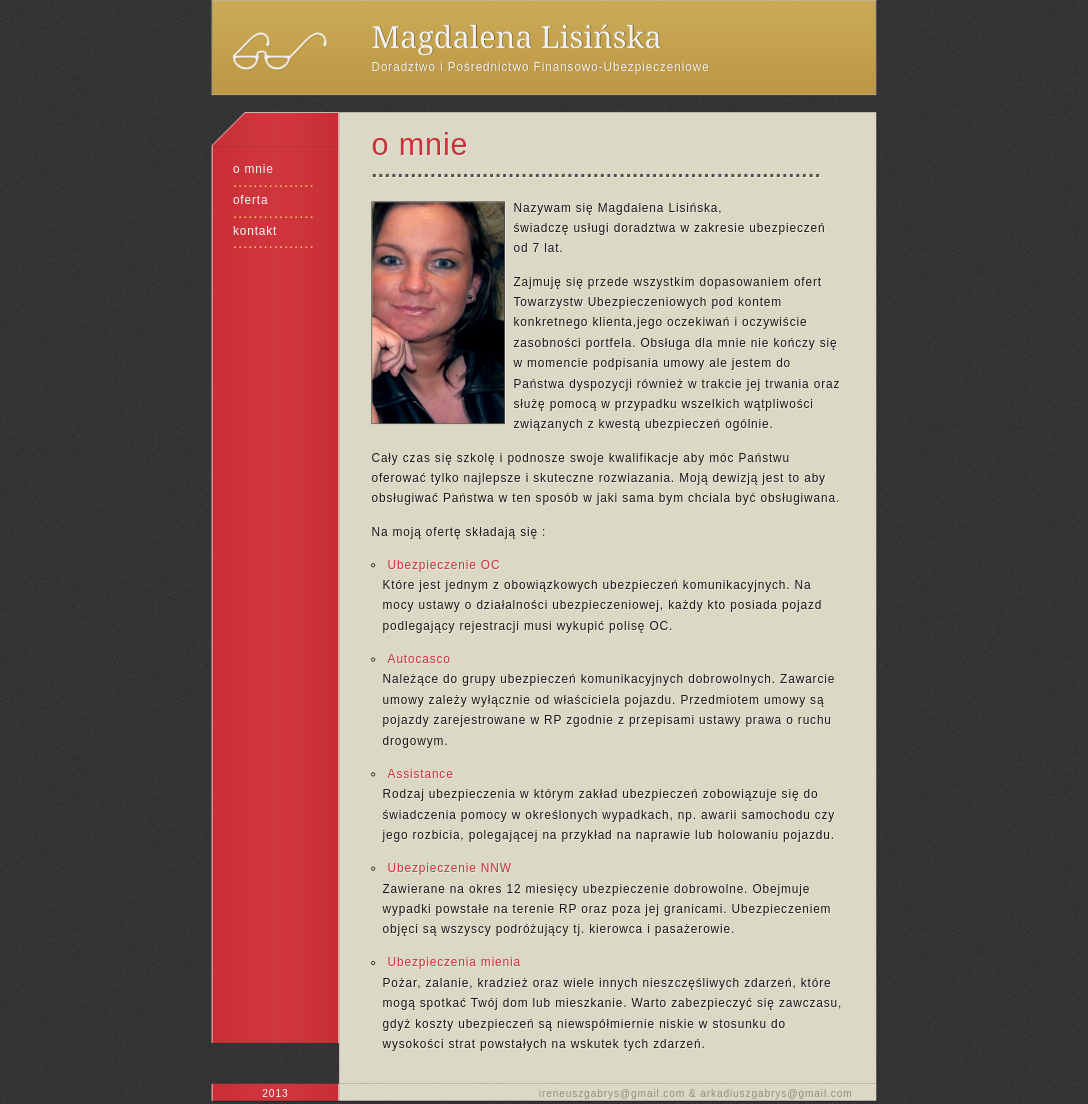
Repository: gabr/php_elicpse_workspace
Page: Magda Lisinska/index.html
These files come from the project's save history. The page is drawn as it stood at one moment and after the next save; the edit follows.
The browser window is 1280 px wide. The pictures show the whole page, at 85% of full size.

Above is the page before, as saved 2013-03-08 14:19:28.

After the next save:
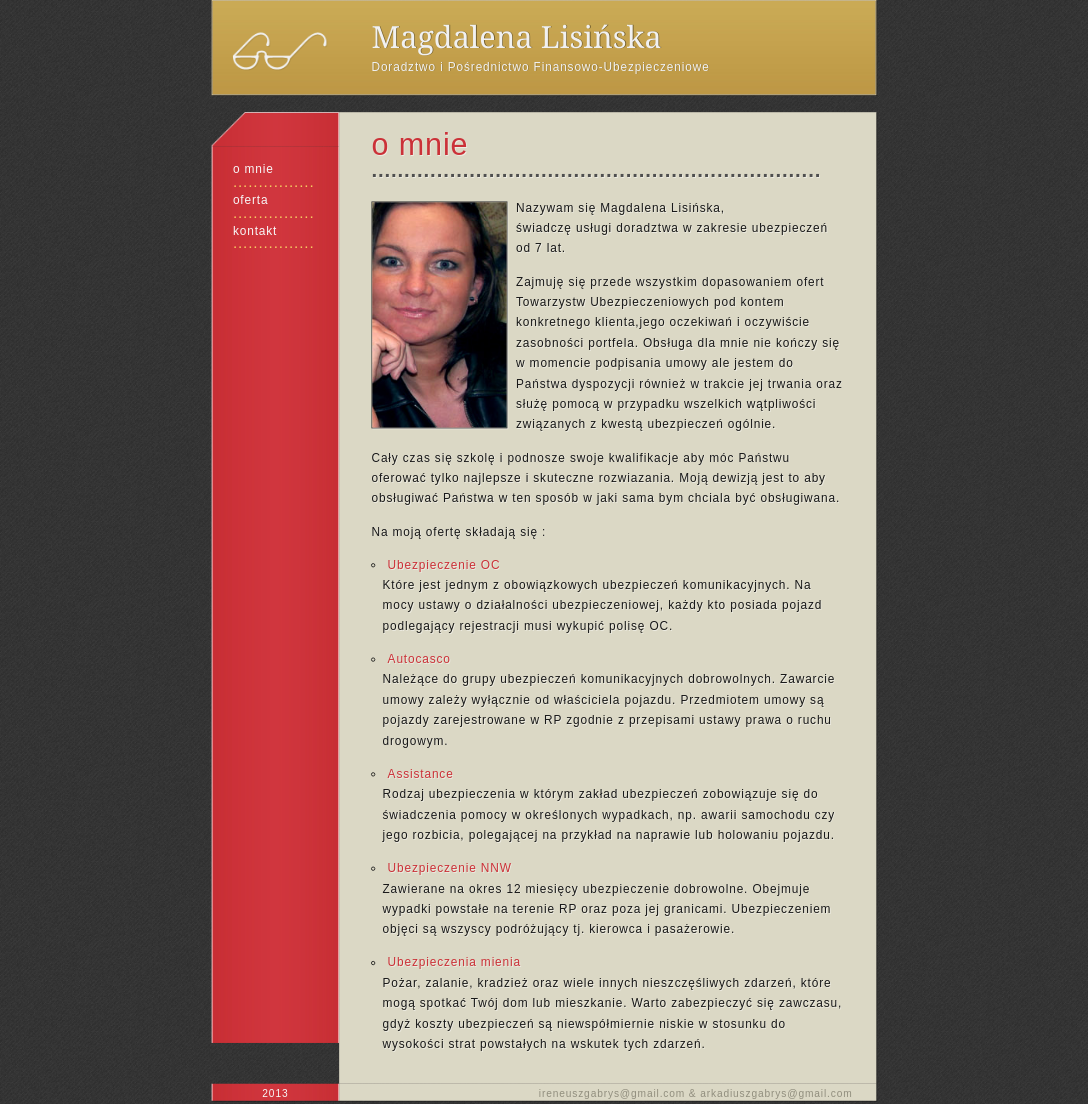
Saved 4 s later.
--- a/Magda Lisinska/css/style.css
+++ b/Magda Lisinska/css/style.css
@@ -15,7 +15,7 @@ p {
 }
 
 img {
-  height: 260px;
+  height: 265px;
 }
 
 a {
